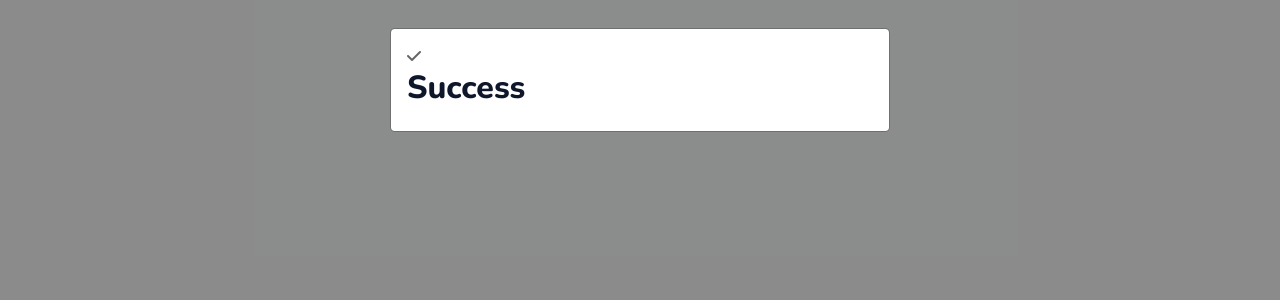
Repository: Dangtrinh28/thuymoc
Page: bookingSuccess.html
An editor plug-in stored every save of this project. The page is shown before and after the next save, followed by the edit.
The browser window is 1280 px wide. The pictures show the whole page.
Some web libraries are served in a nearby version.

Above is the page before, as saved 2022-11-25 04:04:38.

After the next save:
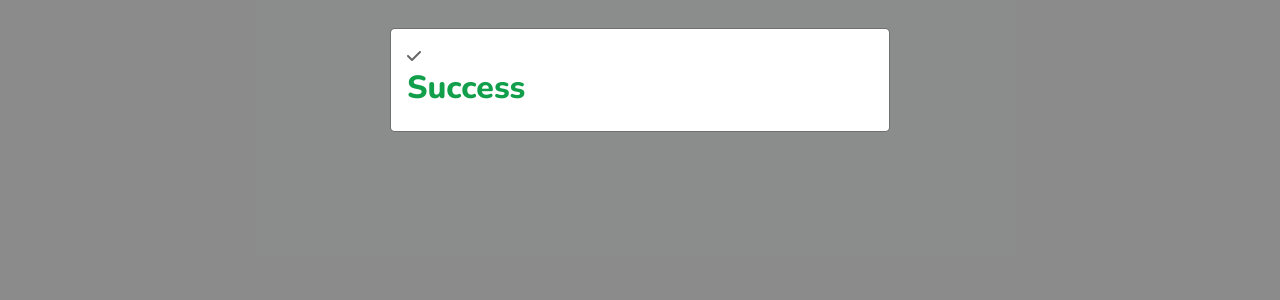
Saved 4 s later.
--- a/bookingSuccess.html
+++ b/bookingSuccess.html
@@ -41,7 +41,7 @@
                 <div class="modal-content">
                     <div class="modal-body">
                         <i class="modal-body-icon fa-solid fa-check"></i>
-                        <h2 class="text-prím">Success</h2>
+                        <h2 class="text-primary">Success</h2>
                     </div>
                 </div>
             </div>
